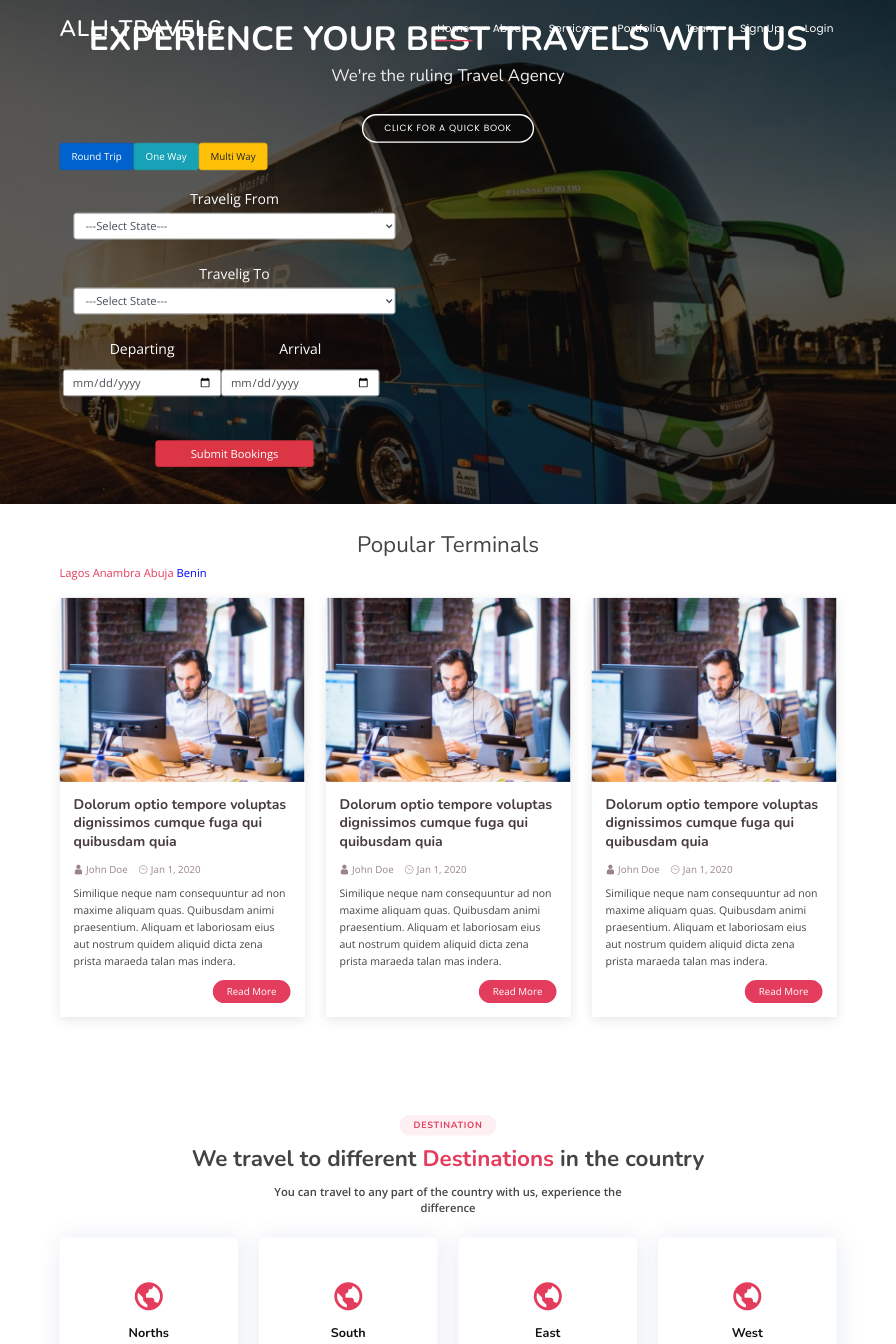
Repository: yazshrilld/Transport_Booking_system
Page: http://localhost/Transport_Project/admin/index.php
The author's editor kept a copy of each file at every save. The page is drawn from the files as they stood at one save, then again after the next save.
The browser window is 1280 px wide. The pictures show the part of the page from y = 0 to 1920 px (the page is 7328 px tall), at 70% of full size.
Backgrounds fixed to the window are drawn as part of the page. The page is run by PHP 8.4 with error messages shown; the project is at /var/www/html/. Other server files are loaded and not shown. The database holds what the project's SQL file puts in it.

Above is the page before, as saved 2021-01-24 02:41:21.

### admin/home_check.php
<div>
    <form class="booking-form-box" method="POST" action="booking_1.php">
		<div class="booking-form-box">
		    <div class="booking-form">
		        <label>Travelig From</label>
			    <select name="state_from" class="form-control origin">
				        <option value="0">---Select State---</option>
				        <?php
					        $origin_query = mysqli_query($connection, "SELECT * FROM `origin`") ;
					        while($row = mysqli_fetch_array($origin_query)) {
						?>
						<option value="<?php echo $row['origin_id'] ?>"><?php echo $row['origin_state'] ?></option>
						<?php
					        }
				        ?>
			    </select><br />

			        <label>Travelig To</label>
			        <select name="state_to" class="form-control trip">
				        <option value="0">---Select State---</option>
			        </select><br />
			        <div class="row">
						<div class="input-grp col-xs-6">
							<label>Departing</label>
							<input type="date" class="form-control select-date"><br />
						</div>
						<div class="input-grp col-xs-6">
							<label>Arrival</label>
							<input type="date" class="form-control select-date">
						</div>
					</div>
                        <input type="hidden" value='view' name='action' class="form-control">
		            <div class="input-grp"><br>
		                <input type="submit" value="Submit Bookings" class="btn btn-danger btn-block">
		            </div>
		    </div>
		</div>
	</form>
</div>

### transport_project.sql (the tables this page reads)
CREATE TABLE `origin` (
  `origin_id` int(11) NOT NULL,
  `origin_state` varchar(255) NOT NULL
) ENGINE=InnoDB DEFAULT CHARSET=latin1;

INSERT INTO `origin` (`origin_id`, `origin_state`) VALUES
(1, 'fdhha'),
(2, 'Abuja'),
(3, 'Lagos'),
(4, 'Enugu'),
(5, 'dfgfd'),
(6, 'Abakaliki');

ALTER TABLE `origin`
  ADD PRIMARY KEY (`origin_id`);

ALTER TABLE `origin`
  MODIFY `origin_id` int(11) NOT NULL AUTO_INCREMENT, AUTO_INCREMENT=7;

CREATE TABLE `trips` (
  `trip_id` int(11) NOT NULL,
  `trip_origin_id` int(11) NOT NULL,
  `trip_state` varchar(255) NOT NULL,
  `trip_title` varchar(255) NOT NULL,
  `trip_cost` varchar(255) NOT NULL,
  `trip_dst` varchar(255) NOT NULL,
  `trip_image` varchar(255) NOT NULL,
  `trip_description` varchar(200) NOT NULL,
  `date_departure` date NOT NULL,
  `date_arrival` date NOT NULL
) ENGINE=InnoDB DEFAULT CHARSET=latin1;

INSERT INTO `trips` (`trip_id`, `trip_origin_id`, `trip_state`, `trip_title`, `trip_cost`, `trip_dst`, `trip_image`, `trip_description`, `date_departure`, `date_arrival`) VALUES
(1, 1, 'Lagos', 'Abuja - Asaba', '288', '200km', 'trip_img/b424cc1d2177a2862dcd057eb71b8d4fchickens-768x575.jpg', 'this trip is expeertrare', '0000-00-00', '0000-00-00'),
(2, 1, 'Ibadan', 'Abuja - Calabar', '288', '200km', 'trip_img/a47c85894012d452a0f5a65495ba04f5chickens-768x575.jpg', 'this trip is expeertrare', '0000-00-00', '0000-00-00'),
(3, 1, 'Abuja', 'Lagos - Akure', '288', '200km', 'trip_img/fe7e5cecab8fdf5b9204a1989346b7afanneliese-phillips-uv4-vl3liKM-unsplash.jpg', 'Enjoy your Journey', '0000-00-00', '0000-00-00'),
(4, 2, 'Asaba', 'Enugu - Owerri', '300', '50km', 'trip_img/e90a1a0970cfc7a5edceeca68f951f0dcoker-alafia.jpg', 'Eat your food as you journey', '0000-00-00', '0000-00-00'),
(5, 1, 'Enugu', 'Imo - osun', '600', '40', 'gfhsgsgsfg.jpg', 'sths iys zhz zda', '0000-00-00', '0000-00-00'),
(6, 1, 'Calabar', 'Jalingo - Sokoto', '466', '23', 'sdfgaesdh.jpg', 'awaaer adfghq qethh', '0000-00-00', '0000-00-00'),
(7, 1, 'kogi', 'kogi - lokoja', '345', '34km', 'kjfkjfk.jpg', 'dkfjkfjndjvn', '0000-00-00', '0000-00-00'),
(8, 0, '', '', '', '', '', '', '2023-01-02', '2021-12-31');

ALTER TABLE `trips`
  ADD PRIMARY KEY (`trip_id`);

ALTER TABLE `trips`
  MODIFY `trip_id` int(11) NOT NULL AUTO_INCREMENT, AUTO_INCREMENT=9;

Loaded but not shown: admin/assets/js/main.js (173 lines, source omitted); admin/assets/css/style.css (2028 lines, source omitted); admin/header.php (69 lines, source omitted); admin/css/font.css (111 lines, source omitted); admin/profile_check.php (33 lines, source omitted); admin/contact_check.php (33 lines, source omitted); admin/index.php (860 lines, source omitted)

After the next save:
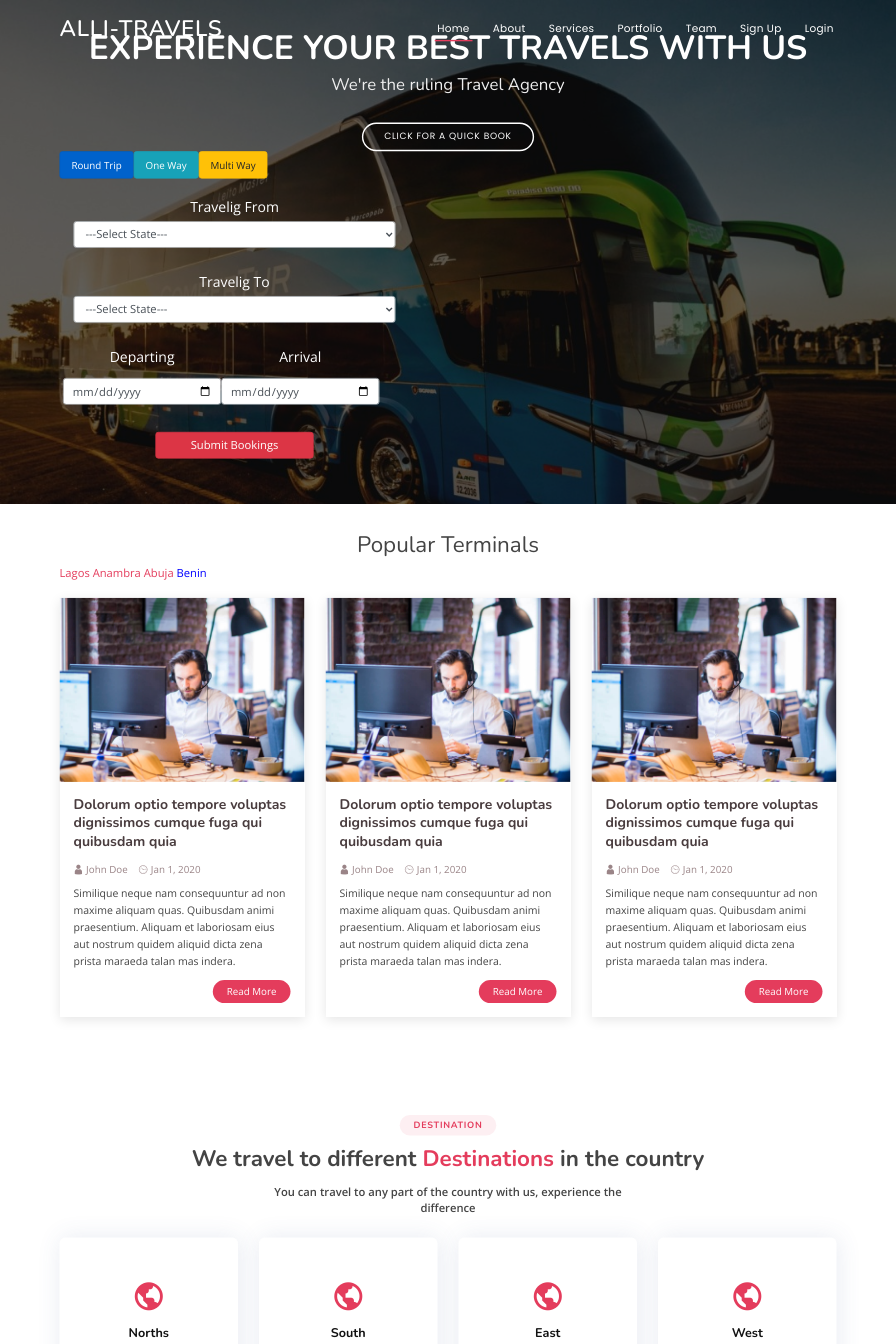
Saved 4 min 50 s later.
--- a/admin/home_check.php
+++ b/admin/home_check.php
@@ -30,7 +30,7 @@
 						</div>
 					</div>
                         <input type="hidden" value='view' name='action' class="form-control">
-		            <div class="input-grp"><br>
+		            <div class="input-grp">
 		                <input type="submit" value="Submit Bookings" class="btn btn-danger btn-block">
 		            </div>
 		    </div>
